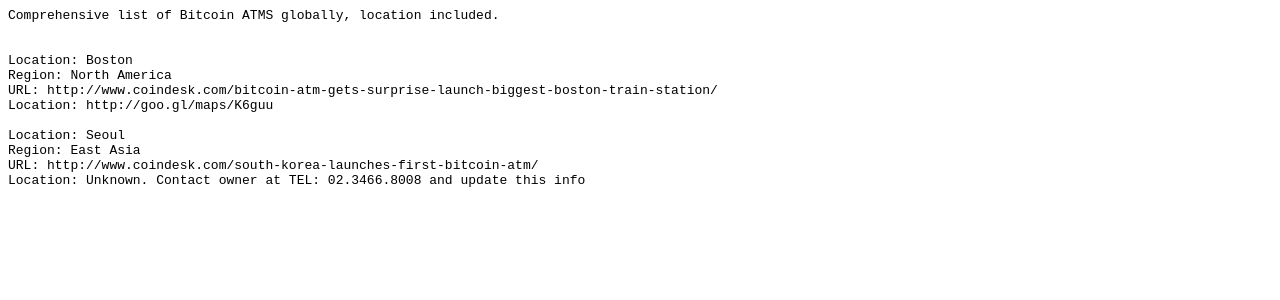
Repository: bitcoinmeetups/bitcoinmeetups.github.com
Page: BitcoinATMS.html
The author's editor kept a record of every edit. The page is drawn from the files as they stood at one moment, then again after the next edit.
The browser window is 1280 px wide. The pictures show the whole page.

Above is the page before.

### BitcoinATMS.html
<pre>
Comprehensive list of Bitcoin ATMS globally, location included.


Location: Boston
Region: North America
URL: http://www.coindesk.com/bitcoin-atm-gets-surprise-launch-biggest-boston-train-station/
Location: http://goo.gl/maps/K6guu

Location: Seoul
Region: East Asia
URL: http://www.coindesk.com/south-korea-launches-first-bitcoin-atm/
Location: Unknown. Contact owner at TEL: 02.3466.8008 and update this info
</pre>

After the next edit:
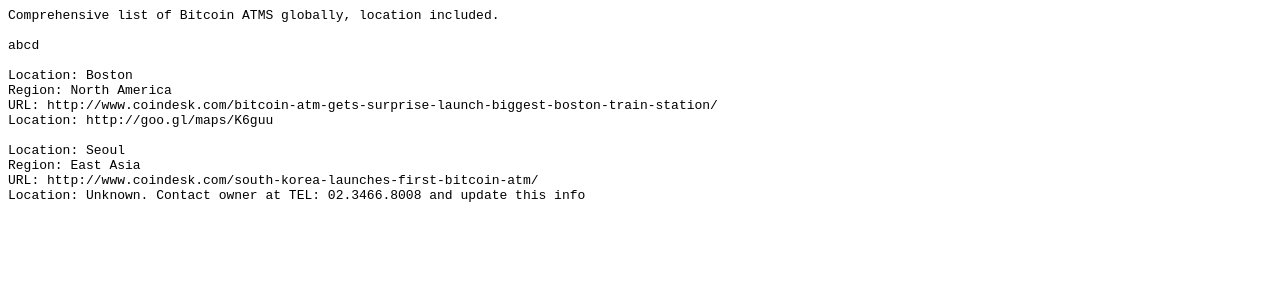
The edit:
--- a/BitcoinATMS.html
+++ b/BitcoinATMS.html
@@ -1,6 +1,7 @@
 <pre>
 Comprehensive list of Bitcoin ATMS globally, location included.
 
+abcd
 
 Location: Boston
 Region: North America
